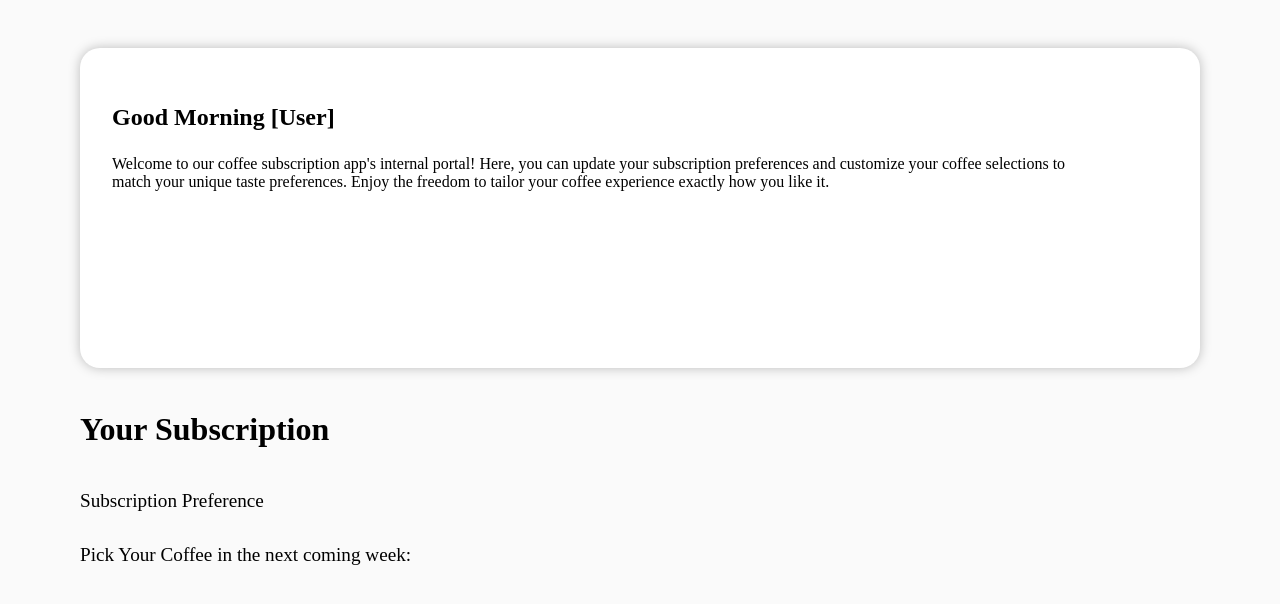
Repository: Haydenleung/COMP-4170-Final-Project
Page: http://localhost/main
An editor plug-in stored every save of this project. The page is shown before and after the next save, followed by the edit.
The browser window is 1280 px wide. The pictures show the whole page.
The page is served by the project's Node server (app.js).

Above is the page before, as saved 2024-03-22 17:42:39.

### views/main.ejs
<%- include('partials/header') %>


    <div class="main-container">
        <div class="main-subcontainer">
            <div class="main-welcome">
                <div class="main-greeting">
                    <h3>Good Morning [User]</h3>
                    <p>Welcome to our coffee subscription app's internal portal! Here, you can update your subscription
                        preferences and customize your coffee selections to match your unique taste preferences. Enjoy
                        the freedom to tailor your coffee experience exactly how you like it.</p>
                </div>
                <div class="main-feature"></div>
            </div>
            <div class="logo"></div>
        </div>
        <div class="main-content">
            <h4>Your Subscription</h4>
            <div>
                <h5>Subscription Preference</h5>
                <div></div>
            </div>
            <div>
                <h5>Pick Your Coffee in the next coming week:</h5>
                <div></div>
            </div>
        </div>
    </div>

    <%- include('partials/footer') %>

### views/partials/header.ejs
<!DOCTYPE html>
<html lang="en">

<head>
    <meta charset="UTF-8" />
    <meta http-equiv="X-UA-Compatible" content="IE=edge" />
    <meta name="viewport" content="width=device-width, initial-scale=1.0" />
    <link rel="stylesheet" href="styles/main.css" />
    <title>Subscriber Portal</title>
</head>

<body>
    <main>

### app.js
import express from "express";
import pg from "pg";

const app = express();
const port = 3000;

app.set('view engine', 'ejs');

app.use(express.urlencoded({ extended: true }));
app.use(express.static("public"));

app.get("/", (req, res) => {
    res.render("index.ejs");
});

app.get("/register", (req, res) => {
    res.render("register.ejs");
});

app.get("/main", (req, res) => {
    res.render("main.ejs");
});

app.listen(port, () => {
    console.log(`Server running on port ${port}`);
});

### public/styles/main.css
* {
    box-sizing: border-box;
    font-family: "Montserrat";
}

html {
    background-color: #FAFAFA;
    height: 100vh;
    padding: 0;
    margin: 0;
}

body {
    display: flex;
    flex-direction: column;
    padding: 0;
    margin: 0;
    height: 100%;
}

main {
    display: flex;
    flex-grow: 1;
}

.home {
    display: flex;
    flex-direction: row;
    height: 100%;
    width: 100%;
}

.photo {
    object-fit: cover;
    width: 100%;
    height: 100%;
    border-radius: 0 20px 20px 0;
}

.home-photo {
    height: 100%;
    flex-grow: 1;
    overflow: hidden;
}

.home-login {
    min-width: 40rem;
    display: flex;
    flex-direction: column;
    justify-content: center;
    align-items: center;
}

.login-container {
    width: 100%;
    height: 100%;
    display: flex;
    flex-direction: column;
    justify-content: center;
    align-items: center;
    padding: 1rem 8rem;
}

.logo {
    width: 10rem;
    margin-bottom: 4rem;
}

.form-container {
    display: flex;
    flex-direction: column;
    align-items: center;
    /* background-color: grey; */
    width: 100%;
    margin-bottom: 1.5rem;
}

h3 {
    font-size: 1.5em;
}

.form-title {
    text-align: center;
    margin-bottom: 3rem;
}

.form-main {
    width: 100%;
    display: flex;
    flex-direction: column;
    align-items: center;
    gap: 1.5rem;
}

.login-form {
    width: 100%;
}

.login-button {
    width: 100%;
    display: flex;
    flex-direction: column;
    gap: 1.5rem;
    margin-top: 2rem;
}

.forminput {
    width: 100%;
    height: 3rem;
    background-color: transparent;
    border: none;
    border-bottom: 1px solid black;
    padding: 1rem;
    font-size: 1em;
}

.forminput:focus {
    outline: none;
}

.submitbtn,
.regbtn {
    width: 100%;
    height: 3rem;
    border-radius: 6px;
    border: none;
    font-size: 1em;
    font-weight: 600;
    color: white;
    cursor: pointer;
    text-decoration: none;
    display: flex;
    justify-content: center;
    align-items: center;
}

.submitbtn {
    background-color: #73AC92;
}

.regbtn {
    background-color: #969696
}

.regisblue {
    background-color: #3EA1DB;
}

/* Main */

.main-container {
    width: 100%;
    display: flex;
    flex-direction: column;
    align-items: center;
    padding: 3rem 5rem;
}

.main-subcontainer {
    width: 100%;
    height: 20rem;
    background-color: white;
    border-radius: 15pt;
    box-shadow: 0 0 12px rgba(0, 0, 0, 0.25);
    display: flex;
    flex-direction: row;
    padding: 2rem;
}

.main-welcome {
    flex-grow: 1;
    display: flex;
    flex-direction: column;
}

.main-feature {
    padding: 2rem;
}

.main-content {
    width: 100%;
}

h4 {
    font-size: 2em;
}

h5 {
    font-size: 1.2em;
    font-weight: 400;
}

Loaded but not shown: views/partials/footer.ejs (common file)

After the next save:
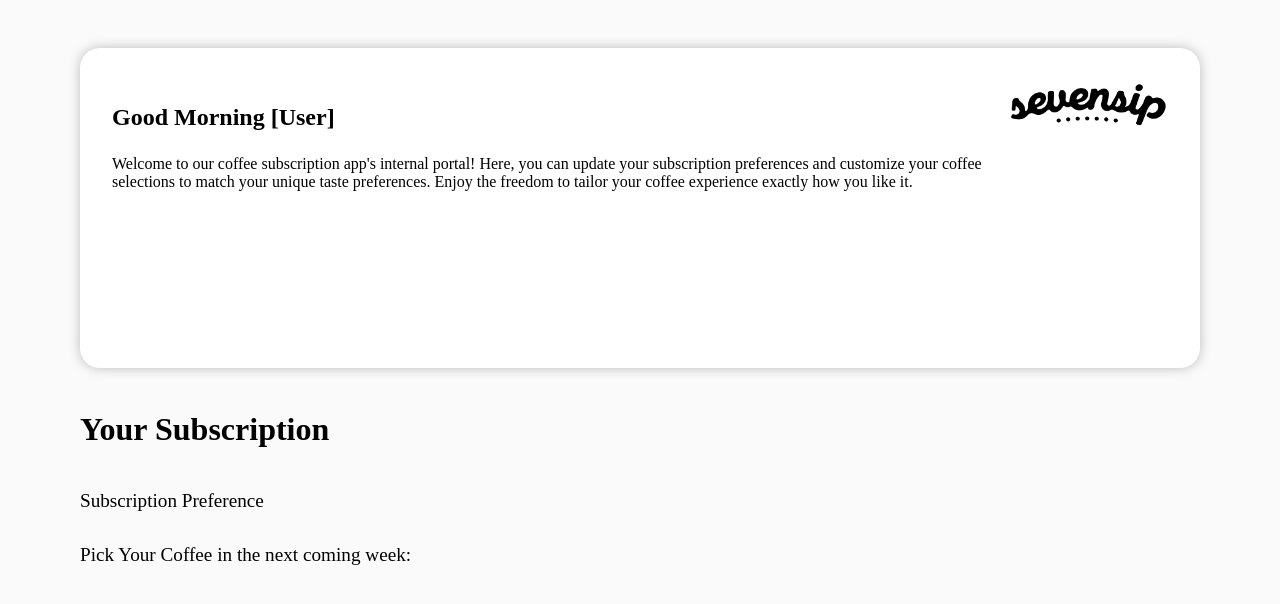
Saved 20 s later.
--- a/views/main.ejs
+++ b/views/main.ejs
@@ -12,7 +12,10 @@
                 </div>
                 <div class="main-feature"></div>
             </div>
-            <div class="logo"></div>
+            <div class="logo">
+                <img class="logo" src="/images/logo.png" alt="company logo" />
+
+            </div>
         </div>
         <div class="main-content">
             <h4>Your Subscription</h4>
